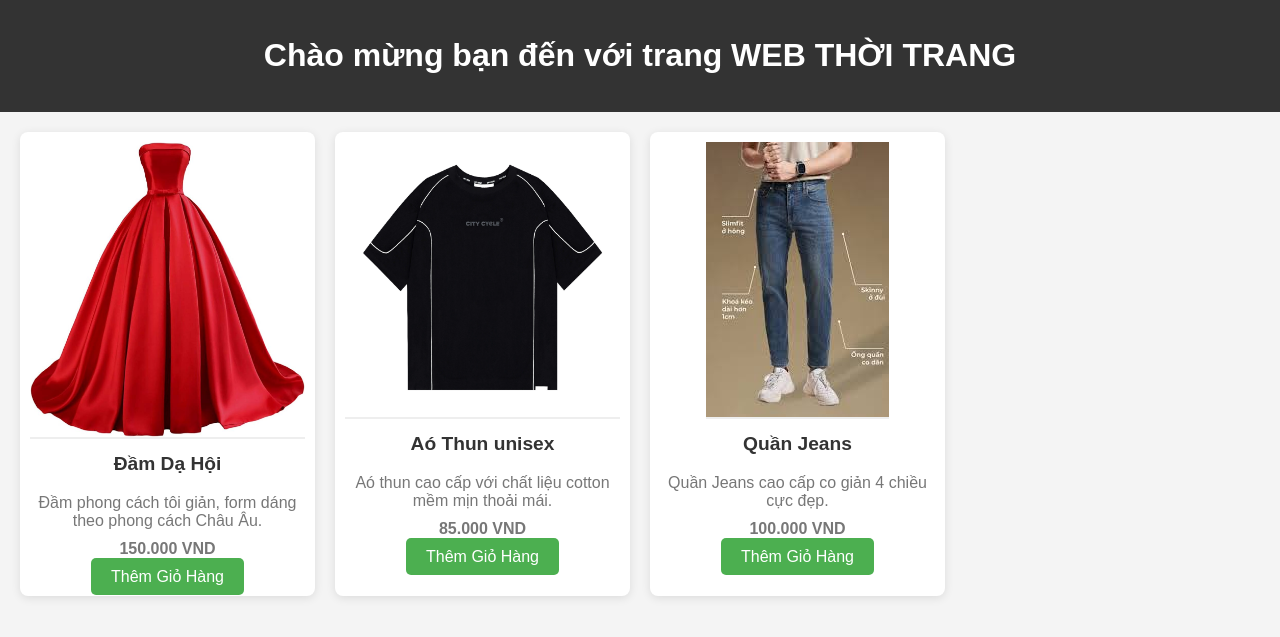
Repository: Thang871/web-thoi-trang
Page: http://localhost/
The author's editor kept a copy of each file at every save. The page is drawn from the files as they stood at one save, then again after the next save.
The browser window is 1280 px wide. The pictures show the whole page.
The page is served by the project's application, run on Flask 3 (app.py).

Above is the page before, as saved 2024-11-25 09:00:20.

After the next save:
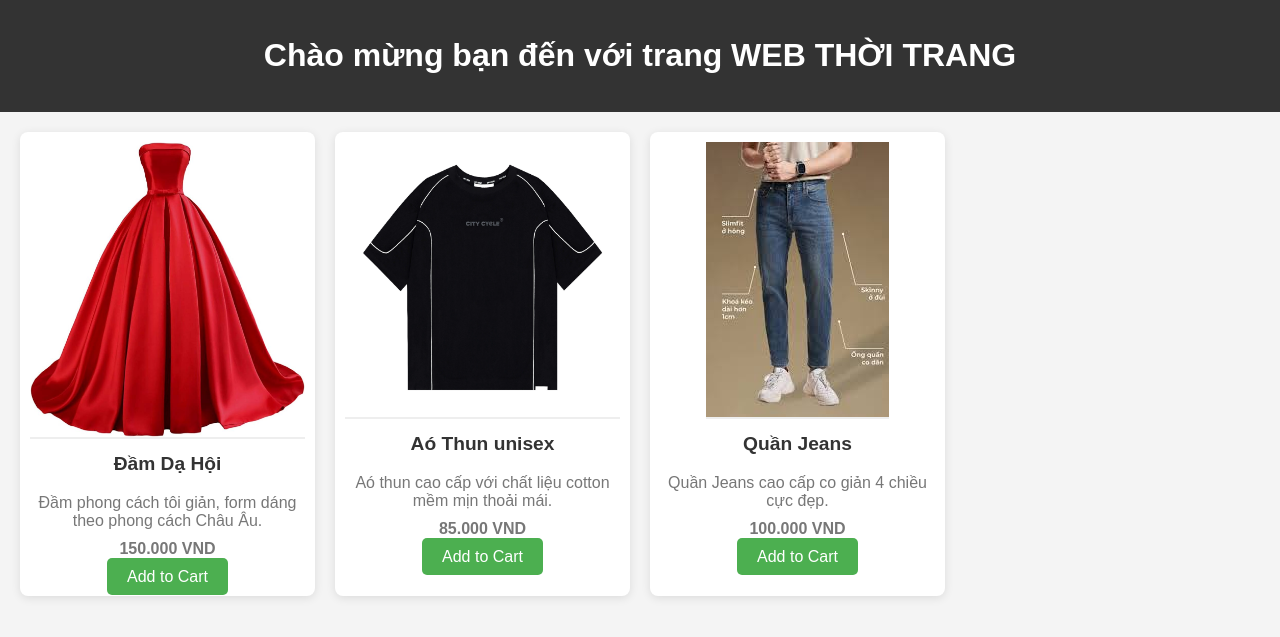
Saved 75 s later.
--- a/templates/products.html
+++ b/templates/products.html
@@ -80,7 +80,7 @@
             <h3>Đầm Dạ Hội</h3>
             <p>Đầm phong cách tôi giản,  form dáng theo phong cách Châu Âu.</p>
             <p class="price">150.000 VND</p>
-            <a href="#" class="btn-add-to-cart">Thêm Giỏ Hàng</a>
+            <a href="#" class="btn-add-to-cart">Add to Cart</a>
         </div>
 
         <!-- Product 2 -->
@@ -89,7 +89,7 @@
             <h3>Aó Thun unisex</h3>
             <p>Aó thun cao cấp với chất liệu cotton mềm mịn thoải mái.</p>
             <p class="price">85.000 VND</p>
-            <a href="#" class="btn-add-to-cart">Thêm Giỏ Hàng</a>
+            <a href="#" class="btn-add-to-cart">Add to Cart</a>
         </div>
 
         <!-- Product 3 -->
@@ -98,7 +98,7 @@
             <h3>Quần Jeans</h3>
             <p>Quần Jeans cao cấp co giản 4 chiều cực đẹp.</p>
             <p class="price">100.000 VND</p>
-            <a href="#" class="btn-add-to-cart">Thêm Giỏ Hàng</a>
+            <a href="#" class="btn-add-to-cart">Add to Cart</a>
         </div>
     </div>
 

After the 2 saves that followed:
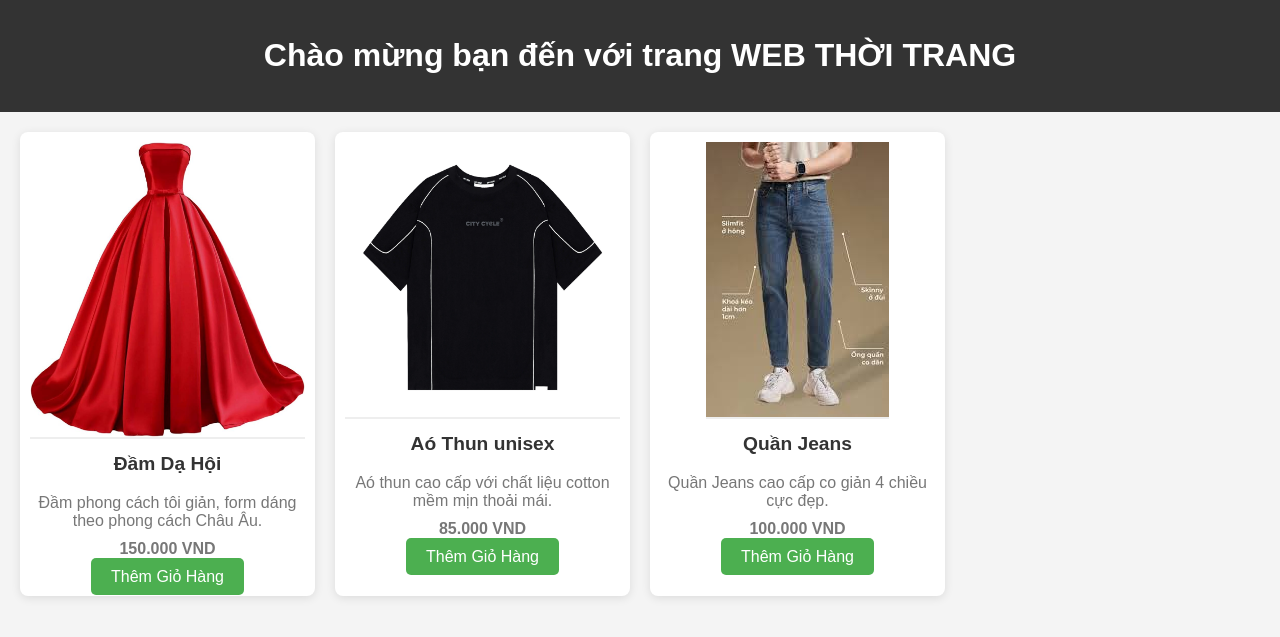
The 2 saves are shown as one change because 1 left the picture as it was.
The last was saved 3 min 6 s later.
--- a/templates/products.html
+++ b/templates/products.html
@@ -80,7 +80,7 @@
             <h3>Đầm Dạ Hội</h3>
             <p>Đầm phong cách tôi giản,  form dáng theo phong cách Châu Âu.</p>
             <p class="price">150.000 VND</p>
-            <a href="#" class="btn-add-to-cart">Add to Cart</a>
+            <a href="#" class="btn-add-to-cart">Thêm Giỏ Hàng</a>
         </div>
 
         <!-- Product 2 -->
@@ -89,7 +89,7 @@
             <h3>Aó Thun unisex</h3>
             <p>Aó thun cao cấp với chất liệu cotton mềm mịn thoải mái.</p>
             <p class="price">85.000 VND</p>
-            <a href="#" class="btn-add-to-cart">Add to Cart</a>
+            <a href="#" class="btn-add-to-cart">Thêm Giỏ Hàng</a>
         </div>
 
         <!-- Product 3 -->
@@ -98,7 +98,7 @@
             <h3>Quần Jeans</h3>
             <p>Quần Jeans cao cấp co giản 4 chiều cực đẹp.</p>
             <p class="price">100.000 VND</p>
-            <a href="#" class="btn-add-to-cart">Add to Cart</a>
+            <a href="#" class="btn-add-to-cart">Thêm Giỏ Hàng</a>
         </div>
     </div>
 
--- a/app.py
+++ b/app.py
@@ -1,45 +1,27 @@
-from flask import Flask, render_template, request, redirect, url_for, session
+from flask import Flask, render_template, session, redirect, url_for
 
 app = Flask(__name__)
-app.secret_key = 'your_secret_key'  # Cấu hình secret key cho Flask session
+app.secret_key = 'your_secret_key'  # Mã bí mật cho session
 
-# Các sản phẩm mẫu
-products = {
-    'dress': {'name': 'Đầm Dạ Hội', 'price': 150000, 'image': 'images/dress.jpg'},
-    'tshirt': {'name': 'Áo Thun Unisex', 'price': 85000, 'image': 'images/tshirt.jpg'},
-    'jeans': {'name': 'Quần Jeans', 'price': 100000, 'image': 'images/jeans.jpg'}
-}
+# Dữ liệu sản phẩm mẫu
+products = [
+    {'id': 1, 'name': 'Elegant Dress', 'description': 'A stylish and elegant dress perfect for any occasion.', 'price': 50.00, 'image': 'dress.jpg'},
+    {'id': 2, 'name': 'Comfortable T-shirt', 'description': 'Soft and comfortable cotton t-shirt for everyday wear.', 'price': 20.00, 'image': 'tshirt.jpg'},
+    {'id': 3, 'name': 'Trendy Jeans', 'description': 'Classic denim jeans that are perfect for any outfit.', 'price': 40.00, 'image': 'jeans.jpg'}
+]
 
 @app.route('/')
 def home():
     return render_template('products.html', products=products)
 
-@app.route('/add_to_cart/<product_id>')
+@app.route('/add_to_cart/<int:product_id>')
 def add_to_cart(product_id):
-    if 'cart' not in session:
-        session['cart'] = {}
-    if product_id in session['cart']:
-        session['cart'][product_id] += 1
-    else:
-        session['cart'][product_id] = 1
-    session.modified = True
+    product = next((prod for prod in products if prod['id'] == product_id), None)
+    if product:
+        cart = session.get('cart', [])
+        cart.append(product)
+        session['cart'] = cart
     return redirect(url_for('home'))
 
-@app.route('/cart')
-def cart():
-    cart_items = []
-    total = 0
-    for product_id, quantity in session.get('cart', {}).items():
-        product = products.get(product_id)
-        if product:
-            cart_items.append({
-                'name': product['name'],
-                'price': product['price'],
-                'quantity': quantity,
-                'total': product['price'] * quantity
-            })
-            total += product['price'] * quantity
-    return render_template('cart.html', cart_items=cart_items, total=total)
-
 if __name__ == '__main__':
-    app.run(debug=True)
+    app.run(debug=True, host='0.0.0.0', port=5000)
